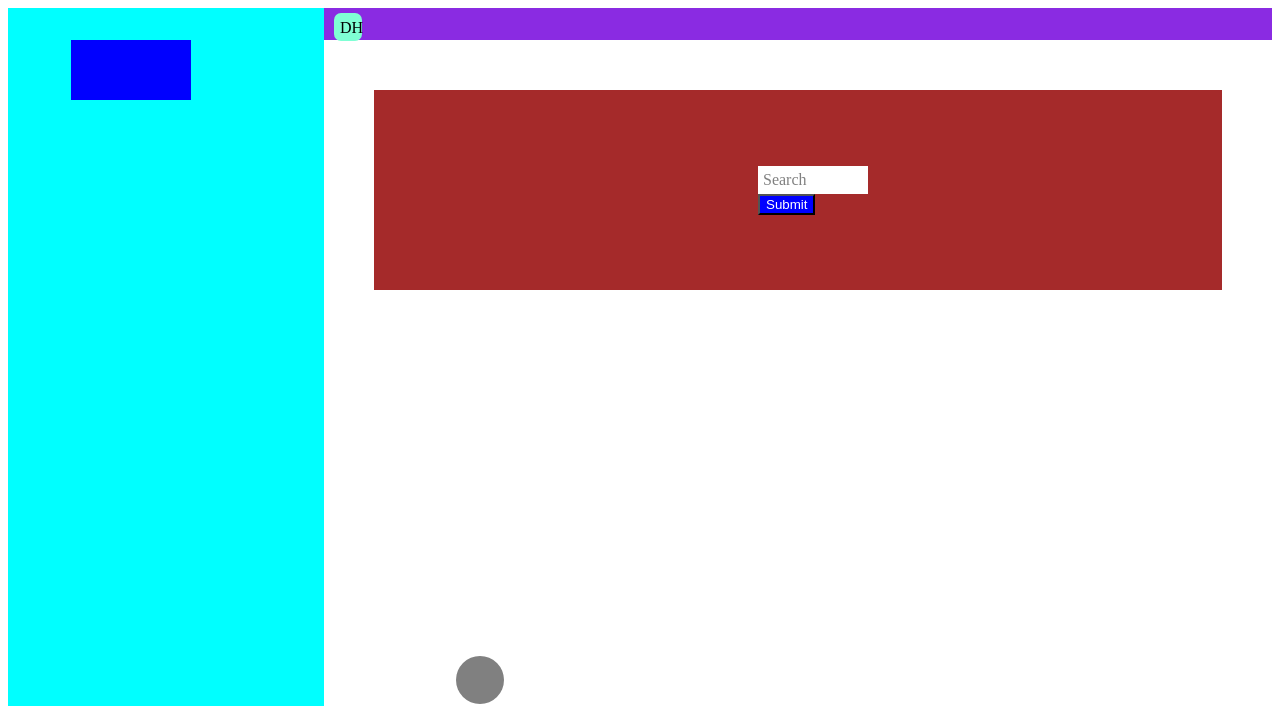
Repository: tr2cky/barrage
Page: index.html
The author's editor kept a copy of each file at every save. The page is drawn from the files as they stood at one save, then again after the next save.
The browser window is 1280 px wide. The pictures show the whole page.

Above is the page before, as saved 2022-10-03 13:58:21.

### index.html
<!DOCTYPE html>
<html lang="en">

<head>
    <meta charset="UTF-8">
    <meta http-equiv="X-UA-Compatible" content="IE=edge">
    <meta name="viewport" content="width=device-width, initial-scale=1.0">
    <link rel="stylesheet" href="style.css">
    <title>Document</title>
</head>

<body>
    <div class="container">
        <div class="side">
            <div class="box1"></div>
        </div>

        <main>
            <div class="header">
                <div class="boxheader">DH</div>
            </div>
            <article>
                <div class="article-container">
                    <div class="search">Search</div>
                    <button>Submit</button>
                </div>
            </article>
            <div id="circle"></div>
        </main>
    </div>
</body>

</html>

### style.css
.container {
    display: grid;
    grid-template-columns: 1fr 3fr;
}
.side {
    background-color: aqua;
    height: 97vh;
}
.box1 {
    background-color: blue;
    width: 80px;
    height: 20px;
    padding: 20px;
    margin-top: 10%;
    margin-left: 20%;
}
main {
    background-color: white;
    display: flex;
    flex-direction: column;
}
.header {
    background-color: blueviolet;
    height: 2em;
}
.boxheader {
    background-color: aquamarine;
    padding: 6px;
    width: 1em;
    height: 1em;
    margin: 5px 10px;
    border-radius: 25%;
}
main article {
    background-color: brown;
    margin: 50px;
    height: 200px;
    display: flex;
    place-items: center;
}
.search {
    background-color: white;
    color: gray;
    width: 100px;
    margin-left: 30vw;
    padding: 5px;

}
button {
    background-color: blue;
    color: white;
    margin-left: 30vw;
}
#circle {
    width: 3em;
    height: 3em;
    border-radius: 50%;
    position: fixed;
    background-color: gray;
    justify-self: flex-end;
    align-self: flex-end;
    margin-top: 90vh;
    margin-right: 60vw;
}

@media (max-width: 500px) {
    .container {
        grid-template-columns: 1fr;
    }
    main {
        order: -1;
    }
    main article {
        margin: 0;
    }
}
#circle {
    width: 3em;
    height: 3em;
    border-radius: 50%;
    position: fixed;
    background-color: gray;
    justify-self: flex-end;
    align-self: flex-end;
    margin-top: 90vh;
}

After the next save:
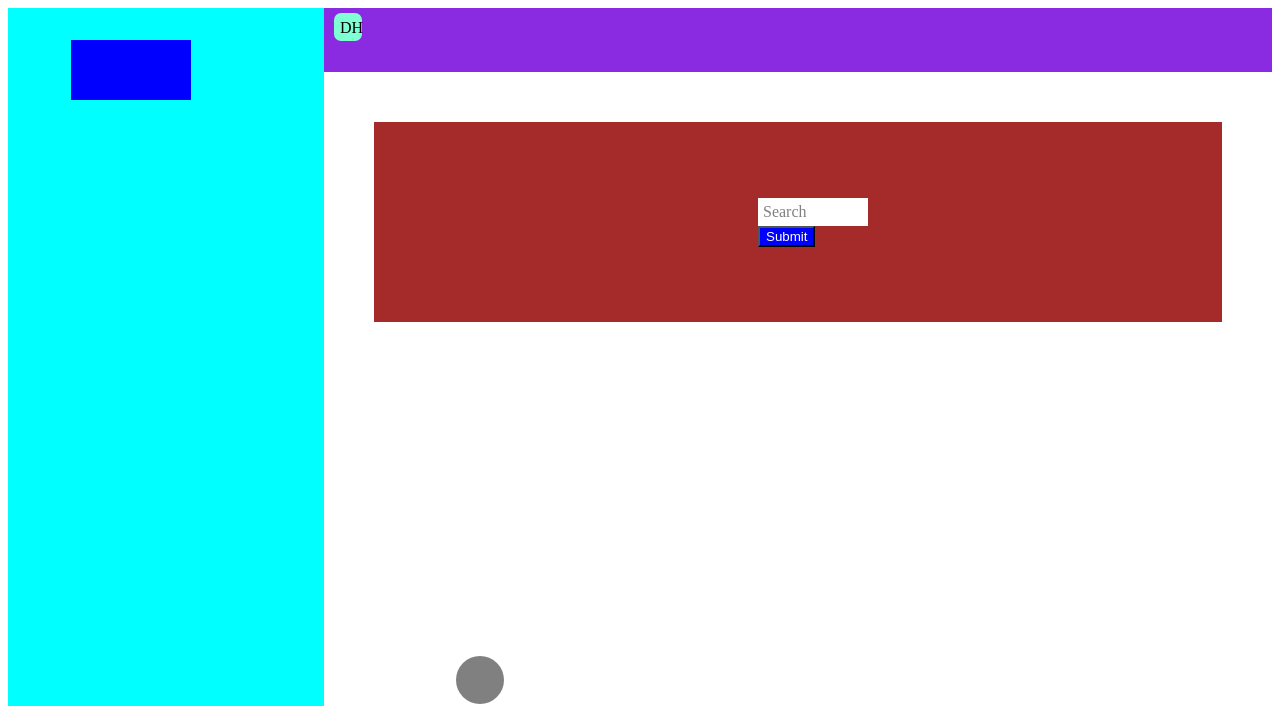
Saved 4 s later.
--- a/style.css
+++ b/style.css
@@ -21,7 +21,7 @@ main {
 }
 .header {
     background-color: blueviolet;
-    height: 2em;
+    height: 4em;
 }
 .boxheader {
     background-color: aquamarine;
